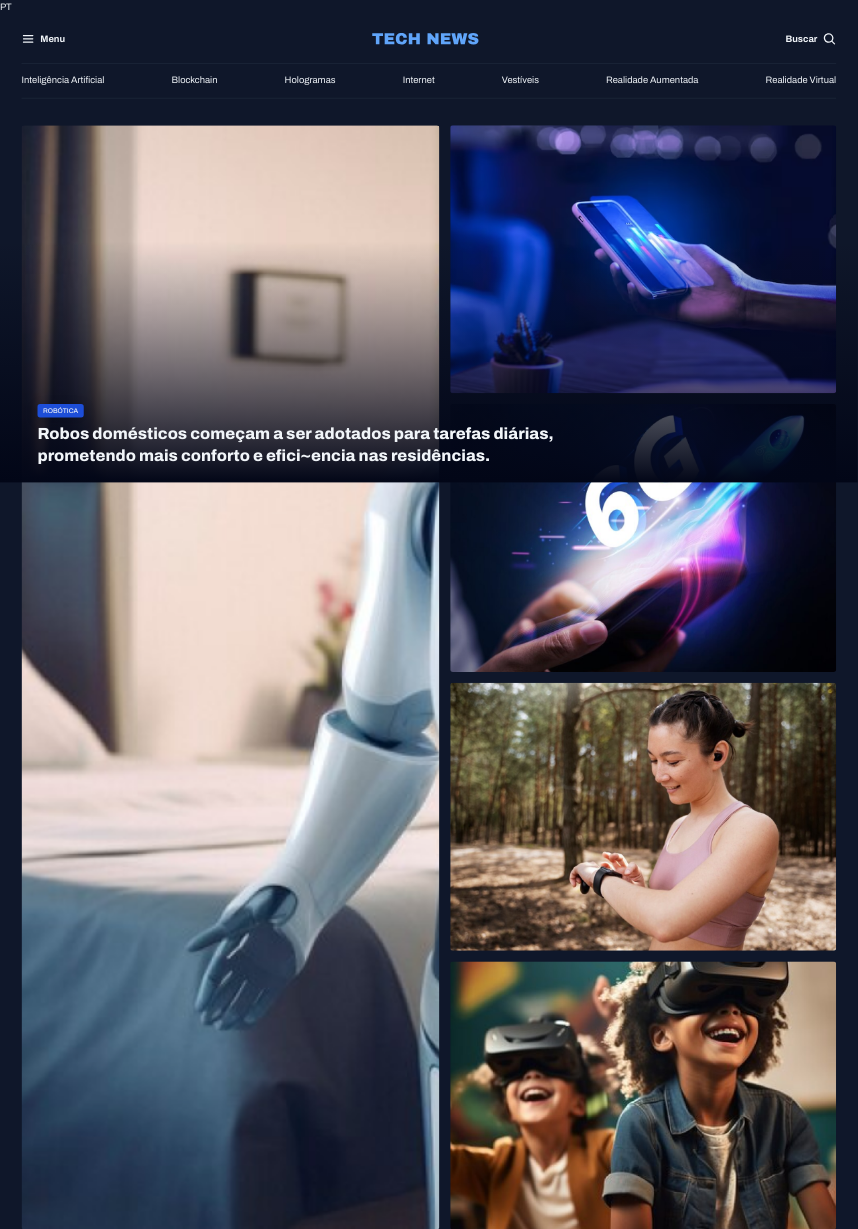
Repository: JeffRodFer/portalDeNoticias
Page: index.html
An editor plug-in stored every save of this project. The page is shown before and after the next save, followed by the edit.
The browser window is 1280 px wide. The pictures show the whole page, at 67% of full size.

Above is the page before, as saved 2025-04-15 21:51:13.

### index.html
PT<!DOCTYPE html>
<html lang="pt-BR">
  <head>
    <link rel="preconnect" href="https://fonts.googleapis.com">
  <link rel="preconnect" href="https://fonts.gstatic.com" crossorigin>
  <meta charset="UTF-8">
  <meta name="viewport" content="width=device-width, initial-scale=1.0">
  <title>Portal de Notícias</title>
  <link rel="stylesheet" href="styles/index.css">

  <link href="https://fonts.googleapis.com/css2?family=Archivo:ital,wght@0,100..900;1,100..900&family=Bree+Serif&family=Poppins:wght@400;700&display=swap" rel="stylesheet">

</head>
<body>
  <header class="container">
    <nav id="primary" class="grid grid-flow-col">
      <div>
        <img src="assets/icons/List.svg" alt="ícone de menu">
        <strong>Menu</strong>
      </div>
        <div>
          <img src="assets/Logo (1).svg" alt="TechNews logo">
        </div>
        <div>
          <strong>Buscar</strong>
          <img src="assets/icons/MagnifyingGlass.svg" alt="ícone de lupa para pesquisa">
        </div>
    </nav>
    <nav id="secondary" class="grid grid-flow-col">
      <a href="#">Inteligência Artificial</a>
      <a href="#">Blockchain</a>
      <a href="#">Hologramas</a>
      <a href="#">Internet</a>
      <a href="#">Vestíveis</a>
      <a href="#">Realidade Aumentada</a>
      <a href="#">Realidade Virtual</a>
    </nav>
  </header>
  <main class="grid container">
    <section id="featured" class="grid grid-flow-col gap-16">
      <figure class="card">
        <img src="assets/images/Image 01.png" alt="">

        <figcaption>
          <span class="content-tag">robótica</span>
          <h2 class="text-2xl">
            Robos domésticos começam a ser adotados para tarefas diárias, <br> prometendo mais conforto e efici~encia nas residências.
          </h2>
        </figcaption>
      </figure>
      <div class="grid grid cols-2 gap-16">
        <figure>
          <img src="assets/images/Image 02.png" alt="">


        </figure>
        <figure>
          <img src="assets/images/Image 03.png" alt="">
      </figure>
        <figure>
          <img src="assets/images/Image 04.png" alt="">
        </figure>
        <figure>
          <img src="assets/images/Image 05.png" alt="">
        </figure>
      </div>
    </section>
  </main>
</body>
</html>

### styles/global.css
* {
  margin: 0;
  padding: 0;
  box-sizing: border-box;
}

:root {
  --brand-color-light: #60a5fa ;
  --brand-color-dark: #1d4ed8;
  --bg-color: #0f172a;
  --stroke-color: #1e293b;
  --text-color-primary: #f1f5f9;
  --text-color-secondary: #cbd5e1;

  --font-family: 'Archivo', sans-serif;
  --h1: 800 24px/135% var(--font-family);
  --h2: 800 16px/140% var(--font-family);
  --h3: 800 14px/140% var(--font-family);
  --text-span: 400 16px/140% var(--font-family);
  --text: 400 14px/160% var(--font-family);

}

body {
  font: var(--text);
  color: var(--text-color-primary);
  background-color: var(--bg-color);
}

a {
  text-decoration: none;
  color: inherit;
}

a:hover {
  color: var(--brand-color-light);
}

h1,h2,h3 {
  font:inherit;
}

img {
  max-width: 100%;
}

.container {
  max-width: 1280px;
  padding-inline: 32px;
  margin-inline: auto;
}
main {
  margin-top: 40px ;
}
.content-tag {
  display: inline-block;
  background-color: var(--brand-color-dark);
  padding: 4px 8px;
  border-radius: 4px;
  font: 500 10px/1.2 var(--font-family);
  text-transform: uppercase;
  color: var(--text-color-primary);
  box-shadow: 0px 4px 16px rgba(2, 3, 23, 0.251);
}

### styles/utility.css
/* utility-first */
.grid {
  display: grid;
}
.grid-flow-col {
  grid-auto-flow: column;
}

.grid-cols-2 {
  grid-template-columns: 1fr 1fr;
}

.gap-16 {
  gap: 16px;
}

.text-2xl {
  font: var(--h1);
}
.text-2x {
  font: var(--h2);
}
.text-lg {
  font: var(--h3);
}
.text-sm {
  font: var(--text-sm);
}

### styles/header.css
#primary {
  padding-block: 20px;

  div {
    display: flex;
    align-items: center;
    gap: 8px;
  }

  /* nesting css */
  div:nth-child(2) {
    margin-inline: auto;
}
div:nth-child(3) {
  justify-self: end;
}
}
#secondary {
  padding-block: 14px;
  border: solid 1px var(--stroke-color);
  border-inline: none;
  justify-content: space-between;
}

### styles/sections.css
#featured {
  img {
    height: 100%;
    object-fit: cover;
    border-radius: 4px;
  }
.card {
  border-radius: 4px;
  overflow: hidden;
  object-fit: relative;

  &::before {
   content: "";
   position: absolute;
   inset: 0;
   top: 50%;
   background: linear-gradient(
    180deg,
    transparent 0%,
    #020617 100%
   );
  }
  figcaption {
    position: absolute;
    bottom: 0;

    padding: 24px;

    h2 {
      margin-top: 8px;
    }
  }
}
}

Loaded but not shown: styles/index.css (common file)

After the next save:
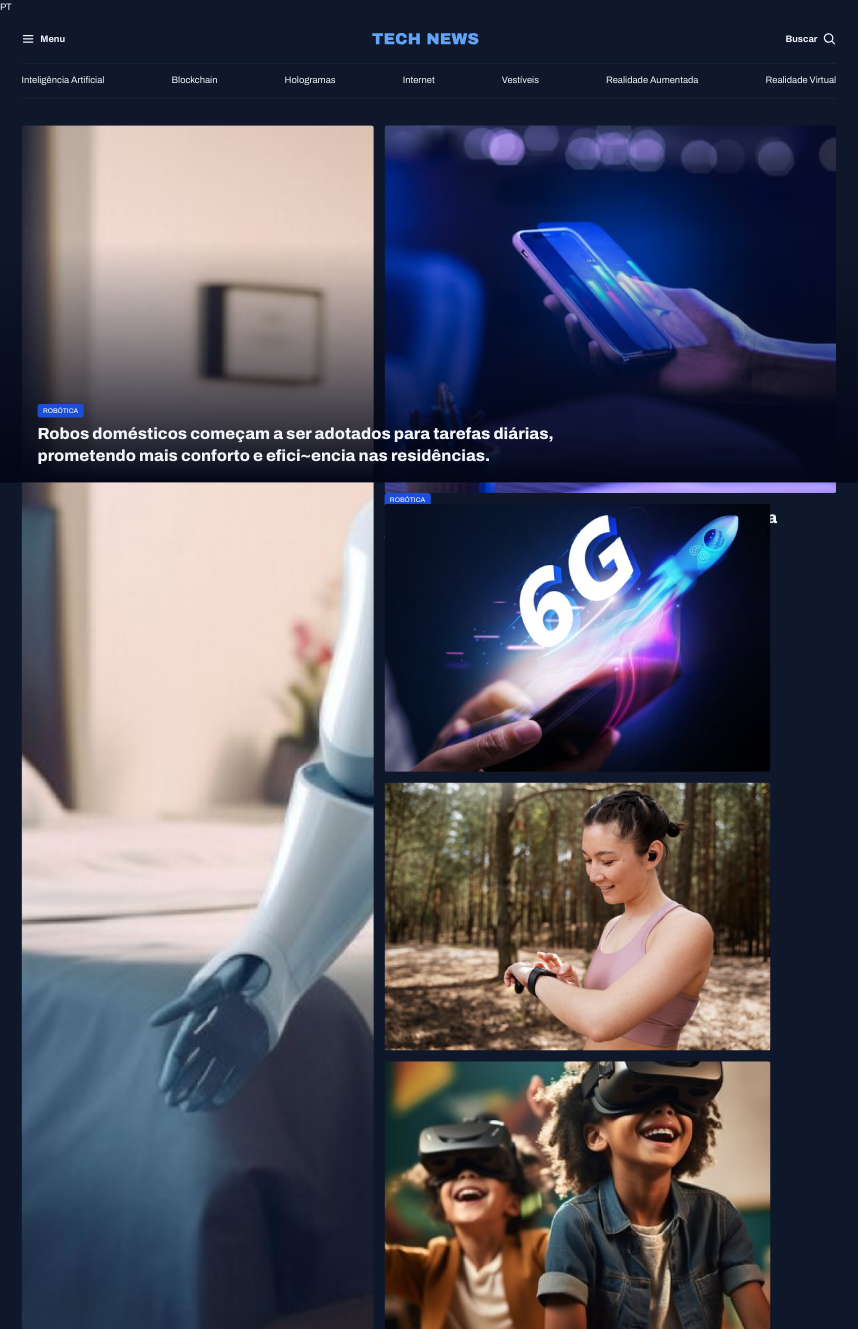
Saved 26 s later.
--- a/index.html
+++ b/index.html
@@ -52,7 +52,12 @@ PT<!DOCTYPE html>
         <figure>
           <img src="assets/images/Image 02.png" alt="">
 
-
+          <figcaption>
+            <span class="content-tag">robótica</span>
+            <h2 class="text-2xl">
+              Robos domésticos começam a ser adotados para tarefas diárias, <br> prometendo mais conforto e efici~encia nas residências.
+            </h2>
+          </figcaption>
         </figure>
         <figure>
           <img src="assets/images/Image 03.png" alt="">
